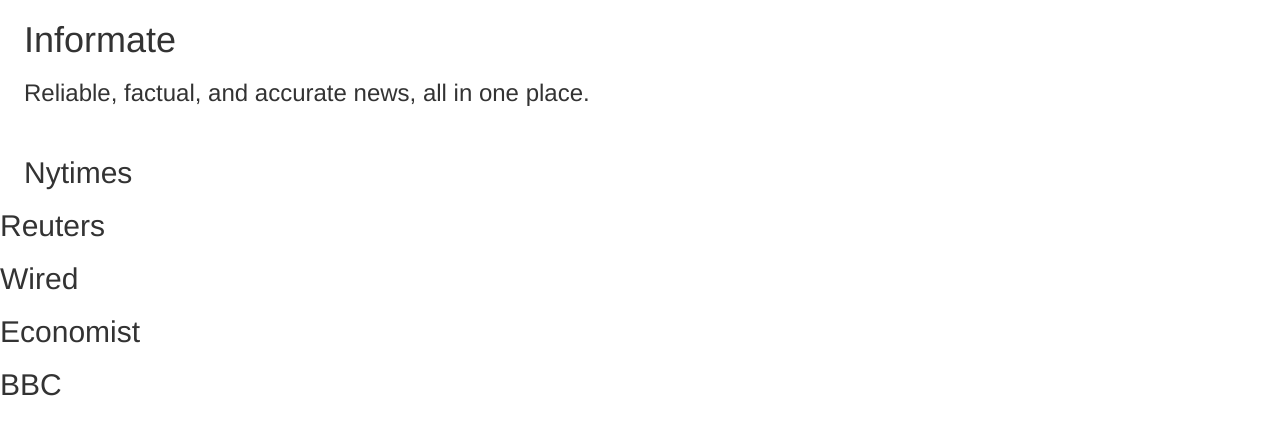
Repository: rbafna6507/newsaggregator-frontend
Page: index.html
These files come from the project's save history. The page is drawn as it stood at one moment and after the next save; the edit follows.
The browser window is 1280 px wide. The pictures show the whole page.
The page's requests for data from a server got no answer.

Above is the page before, as saved 2020-12-15 11:40:01.

After the next save:
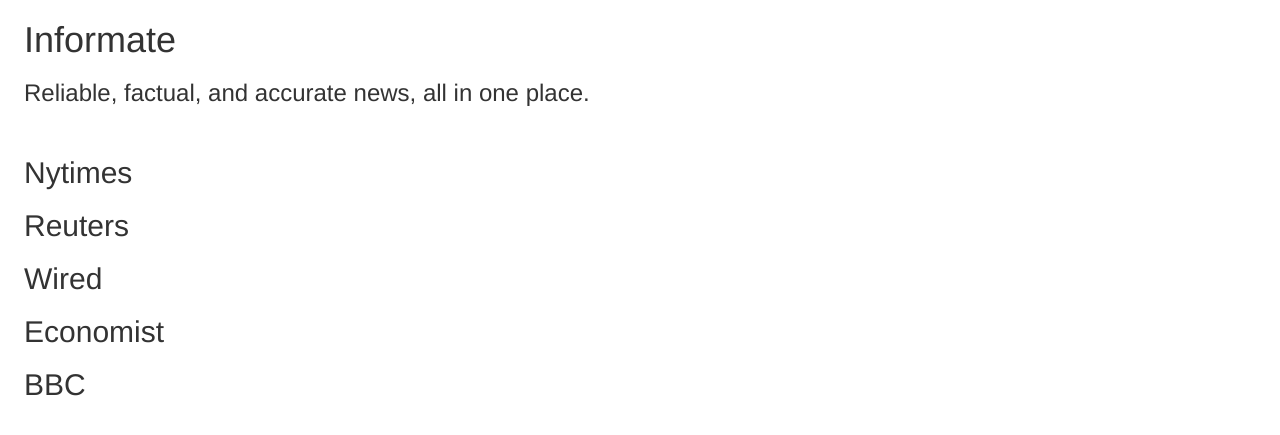
Saved 2 min 44 s later.
--- a/index.html
+++ b/index.html
@@ -13,27 +13,29 @@
 </head>
 <body>
     <div style="margin-left: 24px">
-        <h1>Informate</h1>
-    <h3>Reliable, factual, and accurate news, all in one place.</h3>
-    <br>
-    <h2>Nytimes</h2>
-    <ul id = "nytimes"></ul>
-    </div>
-    <div>
-        <h2>Reuters</h2>
-        <ul id = "reuters"></ul>
-    </div>
-    <div>
-        <h2>Wired</h2>
-        <ul id = "wired"></ul>
-    </div>
-    <div>
-        <h2>Economist</h2>
-        <ul id = "economist"></ul>
-    </div>
-    <div>
-        <h2>BBC</h2>
-        <ul id = "bbc"></ul>
+        <div>
+            <h1>Informate</h1>
+        <h3>Reliable, factual, and accurate news, all in one place.</h3>
+        <br>
+        <h2>Nytimes</h2>
+        <ul id = "nytimes"></ul>
+        </div>
+        <div>
+            <h2>Reuters</h2>
+            <ul id = "reuters"></ul>
+        </div>
+        <div>
+            <h2>Wired</h2>
+            <ul id = "wired"></ul>
+        </div>
+        <div>
+            <h2>Economist</h2>
+            <ul id = "economist"></ul>
+        </div>
+        <div>
+            <h2>BBC</h2>
+            <ul id = "bbc"></ul>
+        </div>
     </div>
 </body>
 <script>
